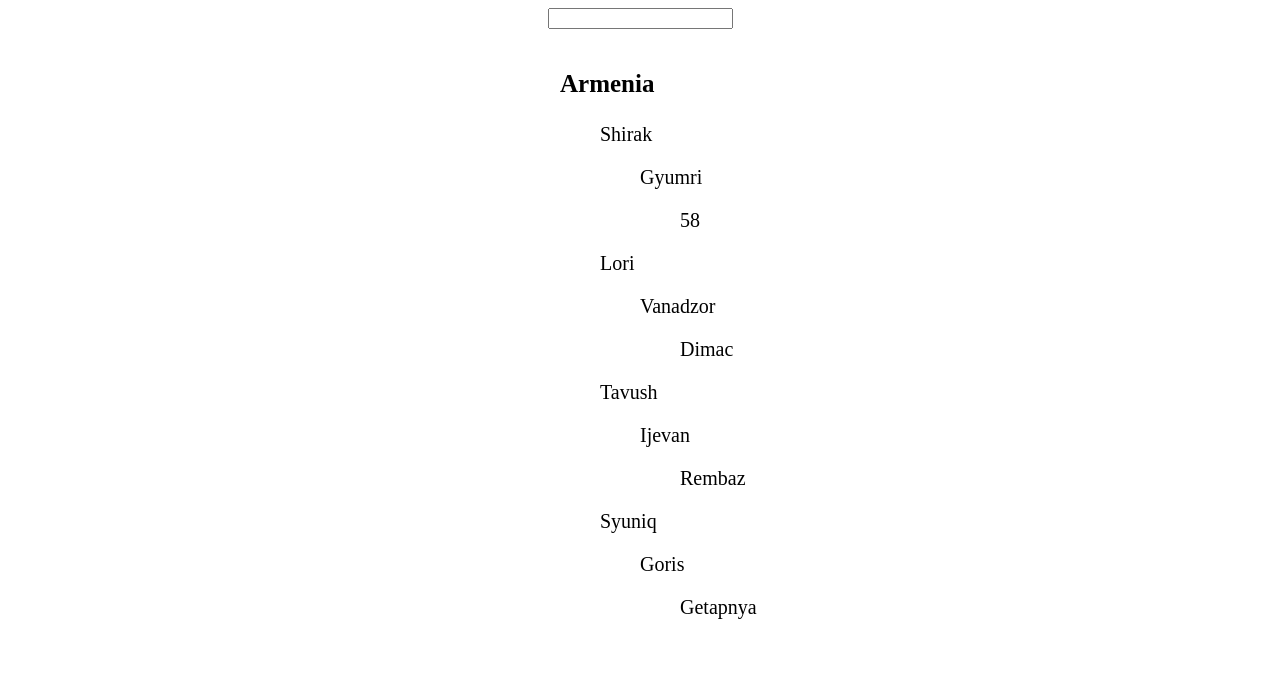
Repository: Seryozha02/DOM
Page: index.html
These files come from the project's save history. The page is drawn as it stood at one moment and after the next save; the edit follows.
The browser window is 1280 px wide. The pictures show the whole page.

Above is the page before, as saved 2022-09-19 20:36:41.

### index.html
<!DOCTYPE html>
<html lang="en">
<head>
    <meta charset="UTF-8">
    <meta http-equiv="X-UA-Compatible" content="IE=edge">
    <meta name="viewport" content="width=device-width, initial-scale=1.0">
    <title>Document</title>
</head>
<body>
    <style>
        #li0 > p{
            font-size: 25px;
            font-weight: bold;
        }
        #root {
            display: flex;
            justify-content: center;
            flex-direction: column;
            align-items: center;
        }
        ul {
            list-style: none;
            width: 200px;
        }
        ul li {
            margin: 15px 0;
            font-size: 20px;
            cursor: pointer;

        }
        .myClass{
            display: none;
        }
    </style>
    <div id="root">
        <form>
            <input type="text" onchange="find(value)">
        </form>
    </div>

    <script src="./script.js"></script>
</body>
</html>

### script.js
let arr = [{
  id: 0,
  name: 'Armenia',
  parentId: null
}, {
  id: 1,
  name: 'Shirak',
  parentId: 0
}, {
  id: 2,
  name: 'Lori',
  parentId: 0
}, {
  id: 3,
  name: 'Tavush',
  parentId: 0
}, {
  id: 4,
  name: 'Syuniq',
  parentId: 0
}, {
  id: 5,
  name: 'Gyumri',
  parentId: 1
}, {
  id: 6,
  name: 'Vanadzor',
  parentId: 2
}, {
  id: 7,
  name: 'Ijevan',
  parentId: 3
}, {
  id: 8,
  name: 'Goris',
  parentId: 4
}, {
  id: 9,
  name: '58',
  parentId: 5
}, {
  id: 10,
  name: 'Dimac',
  parentId: 6
}, {
  id: 11,
  name: 'Rembaz',
  parentId: 7
}, {
  id: 12,
  name: 'Getapnya',
  parentId: 8
}]


const func = (elems, id = null) => {
return  elems.filter(elem => elem.parentId === id)
.map(elem => ({...elem, children : func(elems,elem.id)}))
}
let arr2 = func(arr)

let root = document.getElementById("root")

function makeTable(array){
root.innerHTML += `
  <ul id = "genUl">
    <li id = "li${array[0].id}"'><p id = 'p${array[0].id}'>${array[0].name}</p></li>
  </ul>
`
makeUl(array[0].children)

}

function makeUl(arr){
if(arr.length == 0){
  return
}else{
  for(let i = 0; i < 1; i++){
    arr.forEach(obj => {
      document.getElementById(`li${obj.parentId}`).innerHTML += `
      <ul>
        <li id = "li${obj.id}"><p id = 'p${obj.id}'>${obj.name}</p></li>
      </ul>
      `
      makeUl(obj.children)
    })
  }
}
}
makeTable(arr2)

let list = document.querySelectorAll("p")
function find(value){
list.forEach(p => {
 p.style.display = "block"
})
list.forEach(p => {
  let text = p.innerText.toLowerCase()
  if(value.length !== 0){
    if(text.slice(0, value.length) !== value.toLowerCase()){
      p.style.display = 'none'
    }
  }
})
}

list.forEach(p => {
p.addEventListener('click', function opClose(ev){
  for(let i = 1; i < p.parentElement.children.length; i++)
    p.parentElement.children[i].classList.toggle('myClass')
})
})

After the next save:
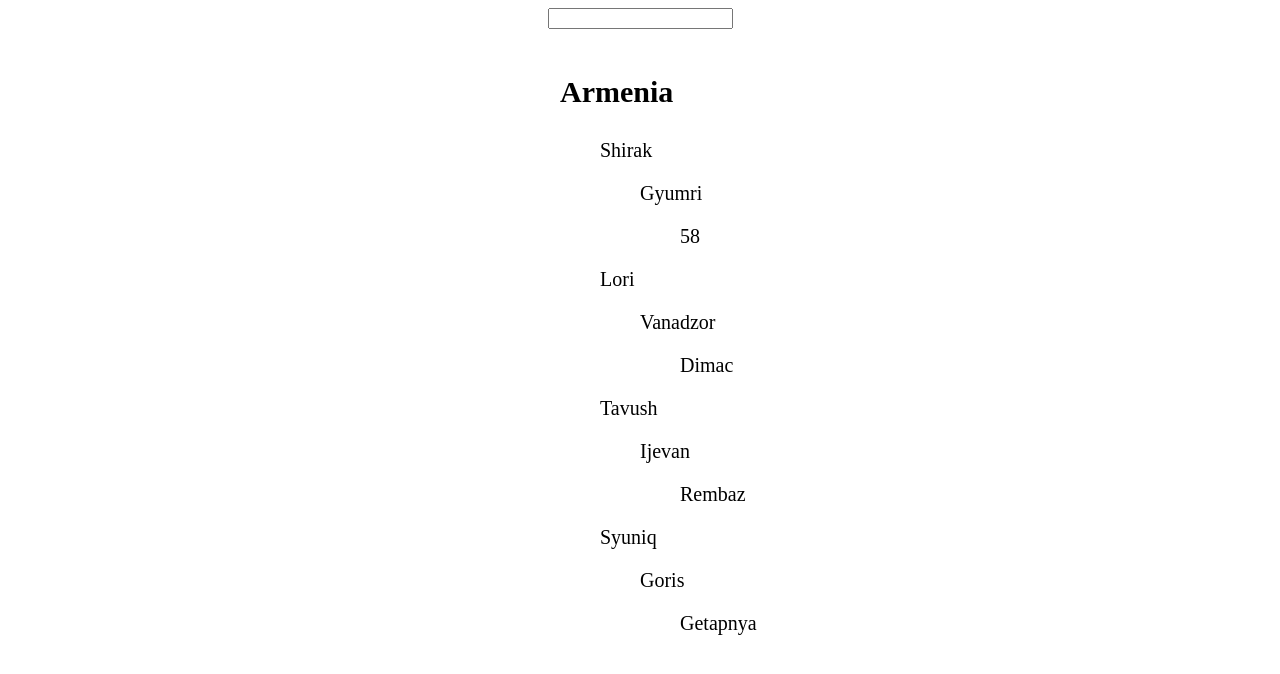
Saved 12 s later.
--- a/index.html
+++ b/index.html
@@ -9,7 +9,7 @@
 <body>
     <style>
         #li0 > p{
-            font-size: 25px;
+            font-size: 30px;
             font-weight: bold;
         }
         #root {
